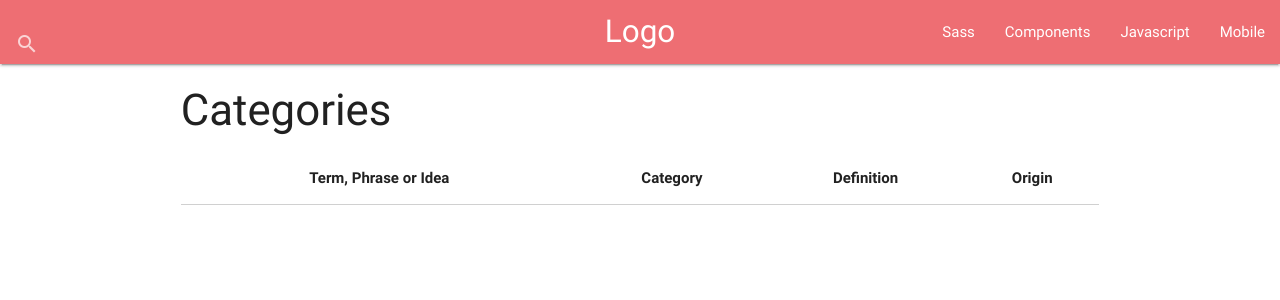
Repository: kalkiboru111/irish-dictionary-of-received-ideas
Page: http://localhost/get_categories
The author's editor kept a record of every edit. The page is drawn from the files as they stood at one moment, then again after the next edit.
The browser window is 1280 px wide. The pictures show the whole page.
Some web libraries are served in a nearby version. The page is served by the project's application, run on Flask 3 (app.py). Queries for data that is not in the repository find no rows.

Above is the page before.
Console error: TypeError: $(...).formSelect is not a function

After the next edit:
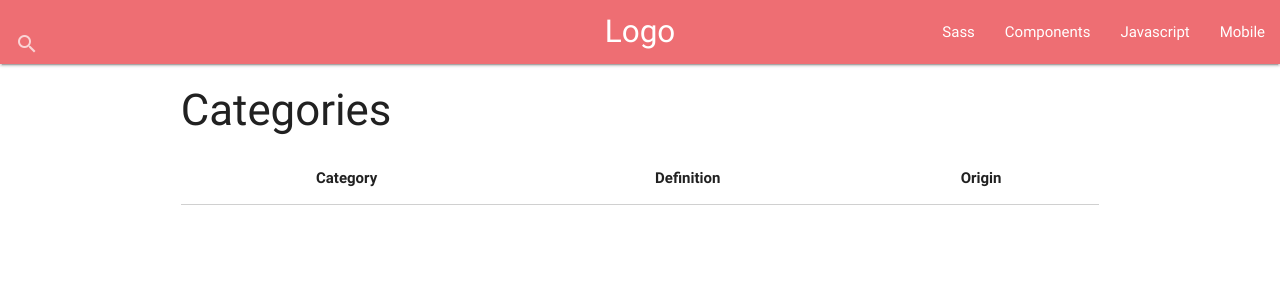
The edit:
--- a/templates/categories.html
+++ b/templates/categories.html
@@ -7,7 +7,7 @@
     <table class="highlight centered responsive-table">
         <thead>
           <tr>
-              <th>Term, Phrase or Idea</th>
+
               <th>Category</th>
               <th>Definition</th>
               <th>Origin</th>
